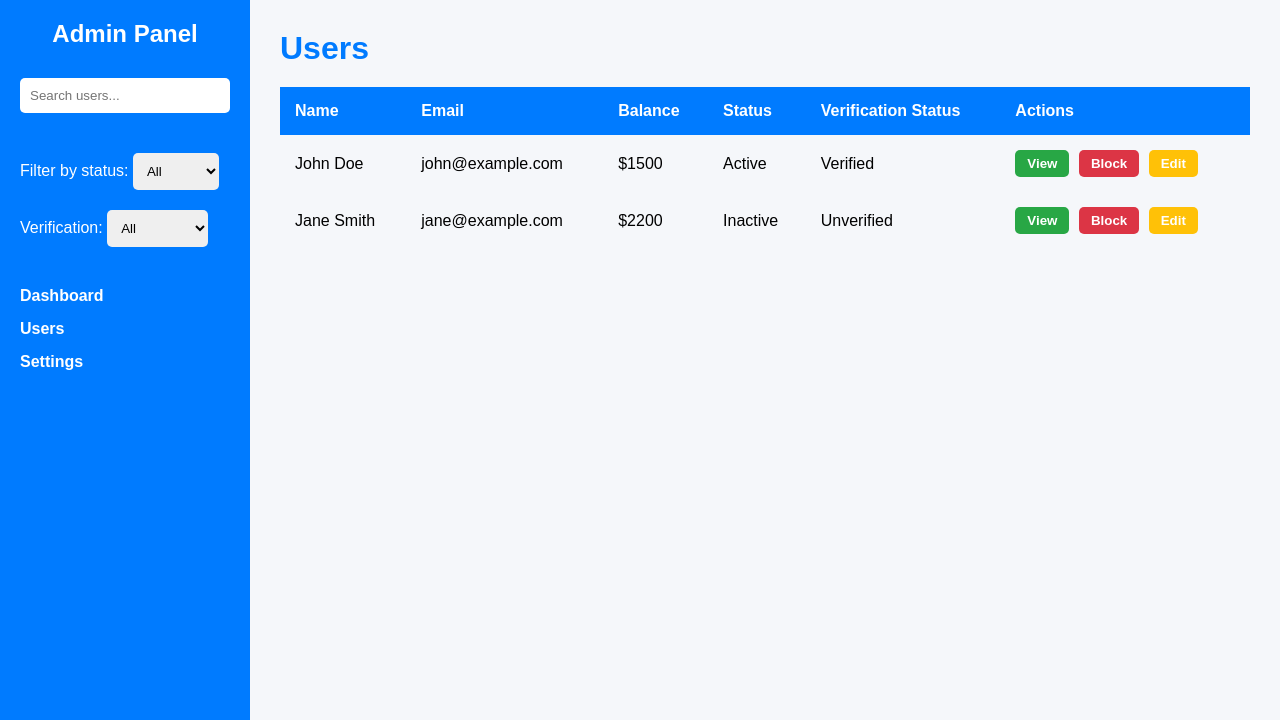
Repository: 2025silverx/slivedrX
Page: index.html
An editor plug-in stored every save of this project. The page is shown before and after the next save, followed by the edit.
The browser window is 1280 px wide. The pictures show the whole page.

Above is the page before, as saved 2025-01-05 00:11:26.

After the next save:
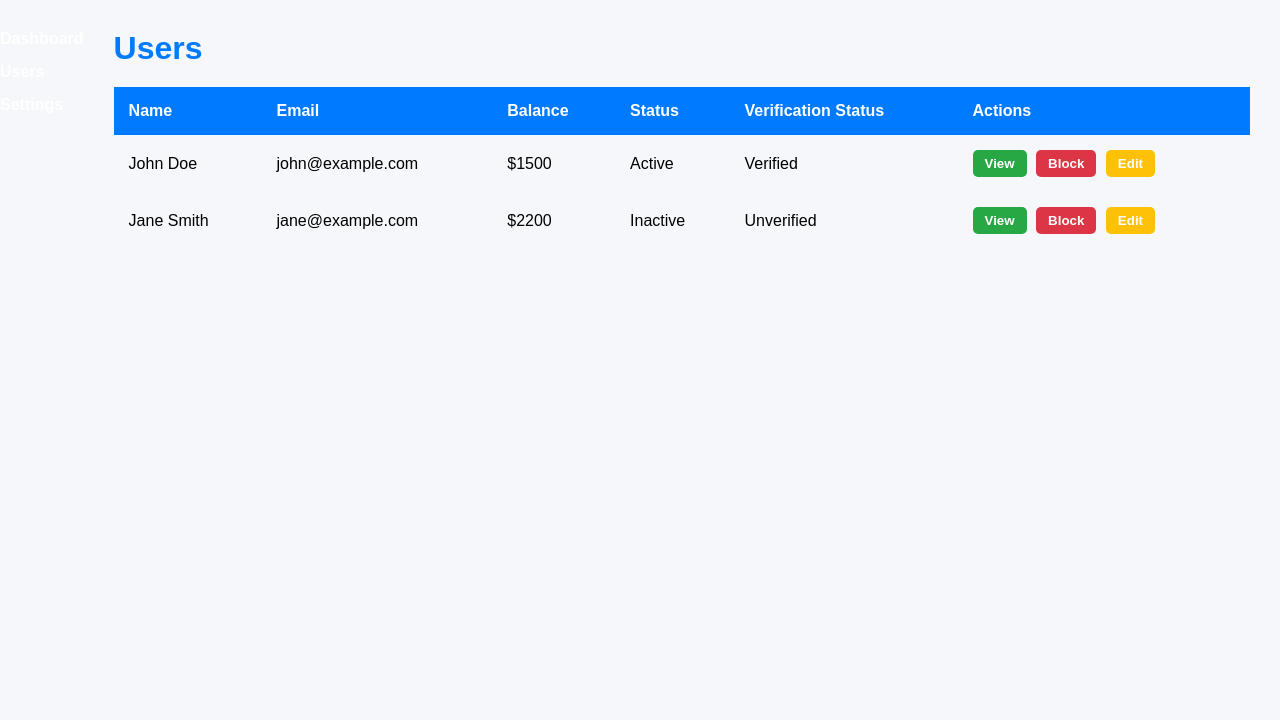
Saved 20 s later.
--- a/index.html
+++ b/index.html
@@ -9,23 +9,7 @@
 <div id="header-container"></div>
 <div id="sidebar-container"></div>
 <body>
-    <div class="sidebar">
-        <h2>Admin Panel</h2>
-        <input type="text" id="search" placeholder="Search users...">
-        <div class="filters">
-            <label>Filter by status:</label>
-            <select id="statusFilter">
-                <option value="all">All</option>
-                <option value="active">Active</option>
-                <option value="inactive">Inactive</option>
-            </select>
-            <label>Verification:</label>
-            <select id="verificationFilter">
-                <option value="all">All</option>
-                <option value="verified">Verified</option>
-                <option value="unverified">Unverified</option>
-            </select>
-        </div>
+
         <ul class="sidebar-links">
             <li><a href="#">Dashboard</a></li>
             <li><a href="#">Users</a></li>
